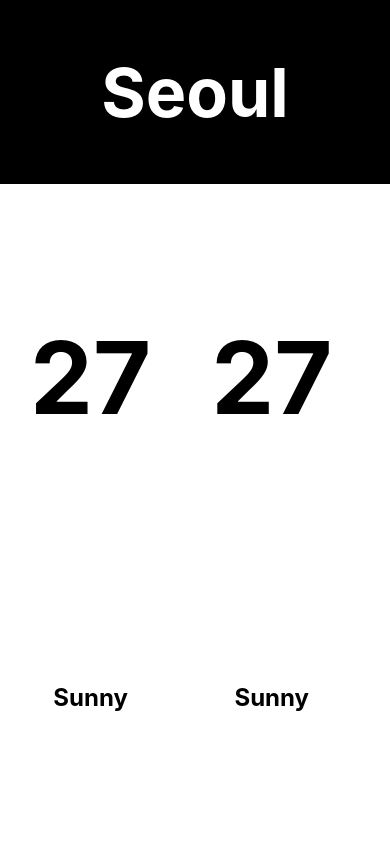
Repository: NewTurn2017/React-Native-Weather-App
Screen: /
These files come from the project's save history. The screen is drawn as it stood at one moment and after the next save; the edit follows.
The app was drawn by React Native's web renderer in a window 390 px wide. The project was rebuilt for these pictures with package versions that can differ from the ones it lists, and the page was loaded fresh each time.

Above is the screen before, as saved 2023-04-21 11:05:41.

After the next save:
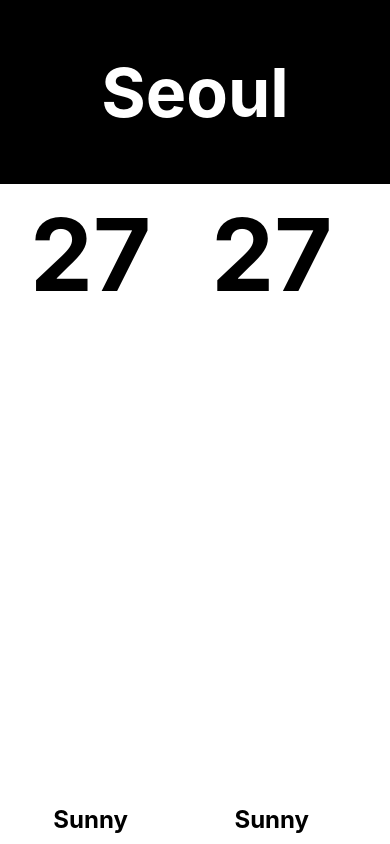
Saved 82 s later.
--- a/App.js
+++ b/App.js
@@ -55,7 +55,8 @@ const styles = StyleSheet.create({
     backgroundColor: 'white',
   },
   day: {
-    justifyContent: 'space-around',
+    flexDirection: 'column', // Add this line to stack temp and description vertically
+    justifyContent: 'space-between',
     alignItems: 'center',
     paddingHorizontal: 20,
     margin: 10,
@@ -69,5 +70,6 @@ const styles = StyleSheet.create({
     color: 'black',
     fontSize: 24,
     fontWeight: 'bold',
+    marginTop: -15, // Add marginTop to reduce the gap between temp and description
   },
 })
